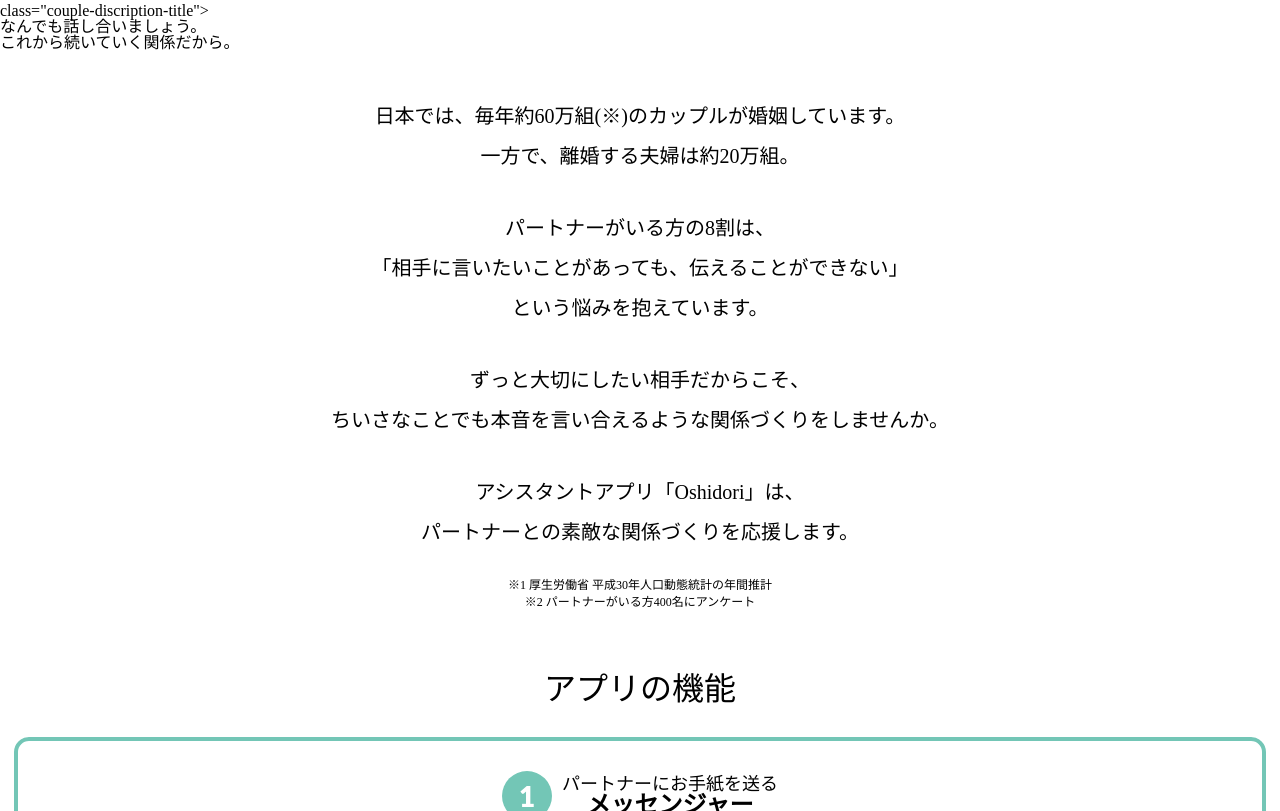
Repository: YamaTatsu10969/Oshidori_LP
Page: site /index.html
An editor plug-in stored every save of this project. The page is shown before and after the next save, followed by the edit.
The browser window is 1280 px wide. The pictures show the part of the page from y = 1040 to 1851 px (the page is 3783 px tall before and 3865 px after).
A picture or video elsewhere on the page could not be fetched, so the positions and the page height are approximate.

Above is the page before, as saved 2019-06-03 23:57:39.

### site /index.html
<!DOCTYPE html>
<html lang="ja">

<head>
  <meta charset="utf8" />
  <meta data-n-head="true" data-hid="viewport" name="viewport" content="width=device-width, initial-scale=1" />

  <!-- 外部CSS読み込み -->
  <link rel="stylesheet" type="text/css" href="oshidori.css" />
  <link rel="stylesheet" type="text/css" href="reset.css" />
  <title>Oshidori</title>
</head>

<body>
  <div class="header">
    <div class="subtitle">
      <p>パートナーとの関係作りを<br />お手伝いするアシスタントアプリ</p>
    </div>
    <p class="logo-margin">
      <img class="oshidori-logo"
        src="https://storage.googleapis.com/production-os-assets/assets/21e0bb87-2580-49c2-804b-8de92850c45f" />
    </p>
    <p class="image-margin">
      <img class="oshidori-image"
        src="https://storage.googleapis.com/production-os-assets/assets/466a9301-1526-4867-aaf0-63dd19518182" />
    </p>
    <p class="image-margin">
      <img class="appstore-logo"
        src="https://storage.googleapis.com/production-os-assets/assets/0e5cd2e5-9d30-45c1-a054-06c7d8aa53ff" />
    </p>
    <div class="other-site-link">
      <a target="_blank" class="link-title"
        href="https://github.com/YamaTatsu10969/Oshidori_Documents/blob/master/TermsService.md">利用規約</a>
      <a target="_blank" class="link-title"
        href="https://github.com/YamaTatsu10969/Oshidori_Documents/blob/master/privacy_policy.md">プライバシーポリシー</a>
    </div>
  </div>

  <div class="common-container">
    <div class="v-wrap">
      <div style="text-align:center;">
        <iframe width="560" height="315" src="https://www.youtube.com/embed/KwHTblznOkw" frameborder="0"
          allow="accelerometer; autoplay; encrypted-media; gyroscope; picture-in-picture" allowfullscreen></iframe>
      </div>
    </div>
    <div></div>
    class="couple-discription-title">
    <p>
      なんでも話し合いましょう。
    </p>
    <p>これから続いていく関係だから。</p>
  </div>
  <div class="couple-discription">
    <p>日本では、毎年約60万組(※)のカップルが婚姻しています。</p>
    <p>一方で、離婚する夫婦は約20万組。</p>
    <br /><br />
    <p>パートナーがいる方の8割は、</p>
    <p>「相手に言いたいことがあっても、伝えることができない」</p>
    <p>という悩みを抱えています。</p>
    <br /><br />
    <p>ずっと大切にしたい相手だからこそ、</p>
    <p>
      ちいさなことでも本音を言い合えるような関係づくりをしませんか。
    </p>
    <br /><br />
    <p>アシスタントアプリ「Oshidori」は、</p>
    <p>パートナーとの素敵な関係づくりを応援します。</p>
  </div>
  <div class="data-annotation">
    <p>
      ※1 厚生労働省 平成30年人口動態統計の年間推計
    </p>
    <p>
      ※2 パートナーがいる方400名にアンケート
    </p>
  </div>
  </div>

  <div class="common-container">
    <div class="category-title">アプリの機能</div>
    <div class="function-container">
      <div class="function-title-container">
        <div class="function-number-container">
          <div class="function-number-circle">
            <p class="function-number">1</p>
          </div>
        </div>
        <div class="function-title-box">
          <p class="function-sub-title">パートナーにお手紙を送る</p>
          <p class="function-main-title">メッセンジャー</p>
        </div>
      </div>
      <div class="function-second-container">
        <div class="discription-container">
          <p class="discription">
            キャラクター「おしどりちゃん」に、<br />パートナーに言いたいことを伝えましょう。<br /><br />日々の感謝も、<br />ごめんなさいも、<br />直接は言いにくいことも。<br /><br />おしどりちゃんがあなたに代わって<br />メッセージをお届けします。
          </p>
        </div>
        <div class="screenshot-container">
          <img class="screenshot"
            src="https://storage.googleapis.com/production-os-assets/assets/b4ccea48-72f2-408b-b13f-607bd91c3bba" />
        </div>
      </div>
    </div>
    <div class="function-container">
      <div class="function-title-container">
        <div class="function-number-container">
          <div class="function-number-circle">
            <p class="function-number">2</p>
          </div>
        </div>
        <div class="function-title-box">
          <p class="function-sub-title">みんなのお手紙が見れる</p>
          <p class="function-main-title">タイムライン</p>
        </div>
      </div>
      <div class="function-second-container">
        <div class="discription-container">
          <p class="discription">
            「みんなは、どんな風にパートナーと<br />コミュニケーションを取っているんだろう」
            <br /><br />アプリでは、他のひとがどんなことを日々<br />パートナーに伝えているのか<br />匿名のタイムラインを見ることができます。<br /><br />ありがとうのバリエーションを増やしたり、<br />パートナーへのお願いごとの参考にしたり。<br /><br />いいねの話する？どうしよ。
          </p>
        </div>
        <div class="screenshot-container">
          <img class="screenshot"
            src="https://storage.googleapis.com/production-os-assets/assets/b410fa60-d9aa-4390-a7ce-60d663a021e7" />
        </div>
      </div>
    </div>
  </div>

  <div class="common-container">
    <div class="couple-discription-title">
      <p>
        はじめよー！
      </p>
    </div>
    <div class="app-store-container">
      <img src="https://storage.googleapis.com/production-os-assets/assets/0e5cd2e5-9d30-45c1-a054-06c7d8aa53ff" />
    </div>
  </div>

  <div class="common-container">
    <div class="category-title">
      制作者紹介
    </div>
    <div class="developer-container">
      <div class="developer-profile">
        <div class="developer-avatar">
          竜也画像
        </div>
        <div class="developer-status">
          <div class="developer-name">
            <p>やまもとたつやくん</p>
          </div>
          <div class="developer-introduction">
            <p>たつたつ</p>
            <p>くまもんらぶらぶ</p>
            <p>ほるもんもすき</p>
            <a href="" target="_blank">twitter</a>
          </div>
        </div>
      </div>
      <div class="developer-profile">
        <div class="developer-avatar">
          夏紀画像
        </div>
        <div class="developer-status">
          <div class="developer-name">
            <p>なつきっち</p>
          </div>
          <div class="developer-introduction">
            <p>なっち</p>
            <p>デザインらぶらぶ</p>
            <p>つねにはらがへってる</p>
            <a href="" target="_blank">twitter</a>
          </div>
        </div>
      </div>
    </div>
  </div>

  <div class="common-container">
    <div class="contact">
      <a href="https://docs.google.com/forms/d/e/1FAIpQLSfXcNHokAxTD0NULtzhZmPiOJd5B9raDnU64j-R7sGFj4wL_A/viewform"
        target="_blank">
        お問い合わせフォーム
      </a>
    </div>
  </div>

  <div class="footer-container">
    <footer>
      <div class="footer-links">
        <a href="https://github.com/YamaTatsu10969/Oshidori_Documents/blob/master/TermsService.md" target="_blank">
          利用規約
        </a>
        <a href="https://github.com/YamaTatsu10969/Oshidori_Documents/blob/master/privacy_policy.md"
          target="_blank">プライバシーポリシー</a>
      </div>
    </footer>
  </div>
</body>

</html>

### site /oshidori.css
@charset "UTF-8";

.header > .subtitle > p {
  color: #ffffff;
  flex: none;
  font-family: Lato;
  font-size: 24px;
  font-weight: 400;
  height: 78px;
  line-height: 1.5;
  margin: 0px 0px 0px 0px;
  padding: 0px 0px 0px 0px;
  text-align: center;
  width: 100%;
  max-width: 100%;
  justify-content: center;
}

@media screen and (max-width: 750px) {
  .header > .subtitle > p {
    font-size: 24px;
    width: 100%;
    max-width: 100%;
  }
}

.header {
  align-content: center;
  align-items: center;
  background: #73c6b6;
  flex-direction: column;
  flex-wrap: nowrap;
  height: 700px;
  justify-content: center;
  width: 100%;
  max-width: 100%;
}

@media screen and (max-width: 750px) {
  .header {
    width: 100%;
    max-width: 100%;
  }
}

.logo-margin {
  margin: 20px;
}

.oshidori-logo {
  flex: none;
  height: auto;
  width: 353px;
  margin: auto;
  z-index: 0;
  pointer-events: all;
  flex-wrap: nowrap;
  -webkit-overflow-scrolling: touch;
  display: flex;
  position: relative;
  flex-direction: column;
  align-content: center;
  align-items: center;
  overflow: hidden;
}

@media screen and (max-width: 750px) {
  .oshidori-logo {
    max-width: 100%;
  }
}

.image-margin {
  padding: 15px 0px 15px 0px;
}

.oshidori-image {
  flex: none;
  height: auto;
  width: 200px;
  margin: auto;
  z-index: 0;
  pointer-events: all;
  flex-wrap: nowrap;
  -webkit-overflow-scrolling: touch;
  display: flex;
  position: relative;
  flex-direction: column;
  align-content: center;
  align-items: center;
  overflow: hidden;
}

@media screen and (max-width: 750px) {
  .oshidori-image {
    max-width: 100%;
  }
}

.appstore-logo {
  flex: none;
  height: auto;
  width: 160px;
  margin: auto;
  z-index: 0;
  pointer-events: all;
  flex-wrap: nowrap;
  -webkit-overflow-scrolling: touch;
  display: flex;
  position: relative;
  flex-direction: column;
  align-content: center;
  align-items: center;
  overflow: hidden;
}

@media screen and (max-width: 750px) {
  .appstore-logo {
    max-width: 100%;
  }
}

.other-site-link {
  z-index: 0;
  pointer-events: all;
  flex-wrap: nowrap;
  -webkit-overflow-scrolling: touch;
  display: flex;
  position: relative;
  flex-direction: column;
  align-content: center;
  align-items: center;
  overflow: hidden;
}

@media screen and (max-width: 768px) {
  .other-site-link {
    align-content: center;
    align-items: center;
    flex-direction: column;
    flex-wrap: nowrap;
    height: 73px;
    justify-content: center;
    margin: 0px 50px 0px 50px;
    width: calc(100% - 100px);
    max-width: calc(100% - 100px);
  }
}

.link-title {
  color: #ffffff;
  font-family: Lato;
  font-size: 16px;
  font-weight: 400;
  height: auto;
  margin: 0px 0px 6px 0px;
  padding: 0px 10px 0px 10px;
  text-align: center;
  width: auto;
  max-width: 100%;
  justify-content: center;
}

@media screen and (max-width: 750px) {
  .link-title {
    font-size: 14px;
    height: auto;
    margin: 0px 0px 6px 0px;
    max-width: 100%;
  }
}

/* なんでも話し合いましょう、のところ*/
.couple-discription-title {
  padding: 20px;
}

@media screen and (max-width: 750px) {
  .couple-discription-title {
    padding: 10px;
  }
}

div.couple-discription-title > p {
  line-height: 1.4;
  font-weight: 700;
  font-size: 32px;
  color: #73c6b6;
  text-align: center;
}

/* 480px以下、モバイル用。 */
@media screen and (max-width: 750px) {
  div.couple-discription-title > p {
    line-height: 1.4;
    font-weight: 700;
    font-size: 24px;
    color: #73c6b6;
    text-align: center;
  }
}

/* 説明のところ */
.couple-discription {
  padding: 20px 16px 20px 16px;
}

@media screen and (max-width: 750px) {
  .couple-discription {
    padding: 15px 10px 15px 10px;
  }
}

div.couple-discription > p {
  font-size: 20px;
  line-height: 2;
  text-align: center;
}

/* 480px以下、モバイル用。 */
@media screen and (max-width: 750px) {
  div.couple-discription > p {
    font-size: 14px;
    line-height: 1.8;
    text-align: center;
  }
}

/* アンケートの注意書き */
.data-annotation {
  padding: 5px 0px 5px 0px;
}

div.data-annotation > p {
  font-size: 12px;
  line-height: 1.4;
  text-align: center;
}

/* 480px以下、モバイル用。 */
@media screen and (max-width: 750px) {
  div.data-annotation > p {
    font-size: 9px;
    line-height: 1.2;
    text-align: center;
  }
}

/* アプリの機能すべて、なんでも〜、すべて */
.common-container {
  padding: 25px 0px 25px 0px;
  min-width: calc(100% - 300px);
}

/* 480px以下、モバイル用。 */
@media screen and (max-width: 750px) {
  .common-container {
    padding: 10px 0px 10px 0px;
    min-width: calc(100% - 100px);
  }
}

/* アプリの機能、とかのタイトル */
.category-title {
  font-size: 32px;
  text-align: center;
  margin: 32px 0px 32px 0px;
}

@media screen and (max-width: 750px) {
  .category-title {
    font-size: 20px;
    text-align: center;
    margin: 20px 0px 20px 0px;
  }
}

/*みどりわく*/
.function-container {
  align-content: center;
  border-bottom: solid 4px #73c6b6;
  border-left: solid 4px #73c6b6;
  border-right: solid 4px #73c6b6;
  border-top: solid 4px #73c6b6;
  border-radius: 15px;
  padding: 20px 20px 30px 20px;
  display: flex;
  flex-direction: column;
  align-items: center;
  margin: 0px 14px 20px 14px;
}

/* 機能のタイトル部分のコンテナ。 */
.function-title-container {
  display: flex;
  flex-direction: row;
  align-items: center;
  padding: 10px;
}
.function-title-box {
  display: flex;
  flex-direction: column;
  align-items: center;
  margin-left: 10px;
}

/* パートナーとのやりとり */
.function-sub-title {
  font-size: 18px;
}

/* 480px以下、モバイル用。 */
@media screen and (max-width: 750px) {
  .function-sub-title {
    font-size: 14px;
  }
}

/* メッセージ機能 */
.function-main-title {
  font-size: 24px;
  font-weight: 700;
}

/* 480px以下、モバイル用。 */
@media screen and (max-width: 750px) {
  .function-main-title {
    font-size: 18px;
    font-weight: 700;
  }
}

.function-number-container {
  align-content: center;
  align-items: center;
  background: #73c6b6;
  border-radius: 50%;
  flex: none;
  flex-direction: column;
  flex-wrap: nowrap;
  height: 50px;
  justify-content: center;
  width: 50px;
}

/* 480px以下、モバイル用。 */
@media screen and (max-width: 750px) {
  .function-number-container {
    align-content: center;
    align-items: center;
    background: #73c6b6;
    border-radius: 50%;
    flex: none;
    flex-direction: column;
    flex-wrap: nowrap;
    height: 30px;
    justify-content: center;
    width: 30px;
  }
}

/* 番号のところ */
.function-number-circle {
  height: 50px;
  width: 50px;
  border-radius: 50%;
  line-height: 50px;
  text-align: center;
}

/* 480px以下、モバイル用。 */
@media screen and (max-width: 750px) {
  .function-number-circle {
    height: 30px;
    width: 30px;
    border-radius: 50%;
    line-height: 30px;
    text-align: center;
  }
}

/* まるのなかの数字 */
.function-number {
  color: #ffffff;
  font-family: Lato;
  font-size: 28px;
  font-weight: 900;
  height: auto;
  text-align: center;
  width: auto;
  max-width: 100%;
  justify-content: center;
}

/* 480px以下、モバイル用。 */
@media screen and (max-width: 750px) {
  .function-number {
    color: #ffffff;
    font-family: Lato;
    font-size: 12px;
    font-weight: 700;
    height: auto;
    text-align: center;
    width: auto;
    max-width: 100%;
    justify-content: center;
  }
}

/* 機能の説明と画像のcontainer */
/* スマホ用 */
.function-second-container {
  display: flex;
  flex-direction: column-reverse; /*縦*/
  align-items: center;
  padding: 10px 0px 10px 0px;
  flex-wrap: nowrap;
  justify-content: space-between;
}

/* 480px以上はPC用レイアウト */
@media screen and (min-width: 750px) {
  /* むむ、これだけminになっちゃっとる…*/
  .function-second-container {
    display: flex;
    flex-direction: row; /* 横 */
    align-items: center;
    padding: 20px 0px 30px 0px;
    justify-content: space-between;
  }
}

/* アプリの細かい説明のところ、pタグ */
.discription {
  font-size: 20px;
  line-height: 1.8;
}

/* 480px以下、モバイル用。 */
@media screen and (max-width: 750px) {
  .discription {
    font-size: 14px;
    text-align: center;
    margin-top: 10px;
    margin-bottom: 10px;
  }
}

.screenshot-container {
  display: flex;
  align-items: center;
  justify-content: center;
  max-width: calc(100% - 50px);
  width: 315px;
  margin: 10px 0px 10px 0px;
}

/* 480px以下、モバイル用。 */
@media screen and (max-width: 750px) {
  .screenshot-container {
    display: flex;
    align-items: center;
    justify-content: center;
    max-width: calc(100% - 20px);
    width: 150px;
    margin: 10px 0px 10px 0px;
  }
}

.screenshot {
  border: solid 1px #434645;
  border-radius: 5px;
  height: auto;
  width: 222px;
  max-width: 100%;
}

/* appstoreのボタン */
.app-store-container {
  text-align: center;
  /* ここから！ */
}

div.app-store-container > img {
  height: auto;
  width: 205px;
  max-width: 100%;
}

/*制作者のところの緑枠*/
.developer-container {
  align-content: center;
  border-bottom: solid 4px #73c6b6;
  border-left: solid 4px #73c6b6;
  border-right: solid 4px #73c6b6;
  border-top: solid 4px #73c6b6;
  border-radius: 15px;
  padding: 20px 20px 30px 20px;
  display: flex;
  flex-direction: row;
  align-items: center;
  justify-content: space-around;
  margin: 0px 14px 20px 14px;
}

/* 480px以下、モバイル用。 */
@media screen and (max-width: 520px) {
  .developer-container {
    align-content: center;
    border-bottom: solid 4px #73c6b6;
    border-left: solid 4px #73c6b6;
    border-right: solid 4px #73c6b6;
    border-top: solid 4px #73c6b6;
    border-radius: 15px;
    padding: 20px 20px 30px 20px;
    display: flex;
    flex-direction: column;
    align-items: center;
    justify-content: space-around;
    margin: 0px 14px 20px 14px;
  }
}

.developer-profile {
  display: flex;
  flex-direction: row;
  align-items: center;
}

/* 750px以下、モバイル用。 */
@media screen and (max-width: 520px) {
  .developer-profile {
    display: flex;
    flex-direction: row;
    align-items: center;
    margin: 10px 0px 10px 0px;
    width: 80%;
  }
}

/* 顔写真のとこ */
.developer-avatar {
  align-content: center;
  align-items: center;
  background: #73c6b6;
  border-radius: 50%;
  flex: none;
  flex-direction: column;
  flex-wrap: nowrap;
  height: 70px;
  justify-content: center;
  width: 70px;
  margin: 10px;
}

.developer-status {
  padding-left: 10%;
}

div.developer-name > p {
  font-size: 16px;
  font-weight: 700;
  padding: 5px 0px 5px 0px;
}

div.developer-introduction > p {
  font-size: 12px;
  line-height: 1.8;
}

div.developer-introduction > a {
  font-size: 12px;
}

.contact {
  display: flex;
  justify-content: center;
  padding: 20px 0px 40px 0px;
}

div.contact > a {
  font-size: 14px;
}

.footer-container {
  min-height: 14vh;
  position: relative; /*←相対位置*/
  padding-bottom: 6px; /*←footerの高さ*/
  box-sizing: border-box; /*←全て含めてmin-height:100vhに*/
  background-color: #73c6b6;
}

footer {
  width: 100%;
  background-color: #89c7de;
  text-align: center;
  padding: 30px 0;
  position: absolute; /*←絶対位置*/
  top: 5.5vh; /* 下に固定 */
}

div.footer-links > a {
  font-size: 14px;
}

/* 480px以下、モバイル用。 */
@media screen and (max-width: 750px) {
  div.footer-links > a {
    font-size: 12px;
  }
}

/* したはいらない */

.function-description {
  flex-direction: column;
}
.function-description-text {
  align-content: center;
}

blockquote {
  background: #ffe5e5;
  font-size: 12px;
}

### site /reset.css
@charset "UTF-8";

html,
body,
div,
span,
object,
iframe,
h1,
h2,
h3,
h4,
h5,
h6,
p,
blockquote,
pre,
abbr,
address,
cite,
code,
del,
dfn,
em,
ins,
kbd,
q,
samp,
small,
strong,
sub,
sup,
var,
b,
i,
dl,
dt,
dd,
ol,
ul,
li,
fieldset,
form,
label,
legend,
table,
caption,
tbody,
tfoot,
thead,
tr,
th,
td,
article,
aside,
canvas,
details,
figcaption,
figure,
footer,
header,
hgroup,
menu,
nav,
section,
summary,
time,
mark,
audio,
video {
  margin: 0;
  padding: 0;
  border: 0;
  outline: 0;
  font-size: 100%;
  vertical-align: baseline;
  background: transparent;
  font-weight: normal;
}

img {
  margin: 0;
  padding: 0;
  border: 0;
  outline: 0;
  font-size: 100%;
  vertical-align: bottom;
  background: transparent;
}

/* HTML5 display-role reset for older browsers */
article,
aside,
details,
figcaption,
figure,
footer,
header,
hgroup,
menu,
nav,
section {
  display: block;
}

body {
  line-height: 1;
}

ol,
ul {
  list-style: none;
}

blockquote,
q {
  quotes: none;
}

blockquote:before,
blockquote:after,
q:before,
q:after {
  content: "";
  content: none;
}

table {
  border-collapse: collapse;
  border-spacing: 0;
}

ol,
ul {
  list-style: none;
}

blockquote,
q {
  quotes: none;
}

a {
  margin: 0;
  padding: 0;
  font-size: 100%;
  vertical-align: baseline;
  background: transparent;
  text-decoration: none;
}

ins {
  background-color: #ff9;
  color: #000;
  text-decoration: none;
}

.clearfix:after {
  content: ".";
  display: block;
  height: 0;
  clear: both;
  visibility: hidden;
}

.clearfix {
  display: inline-table;
  min-height: 1%;
}

.clear {
  clear: both;
}

After the next save:
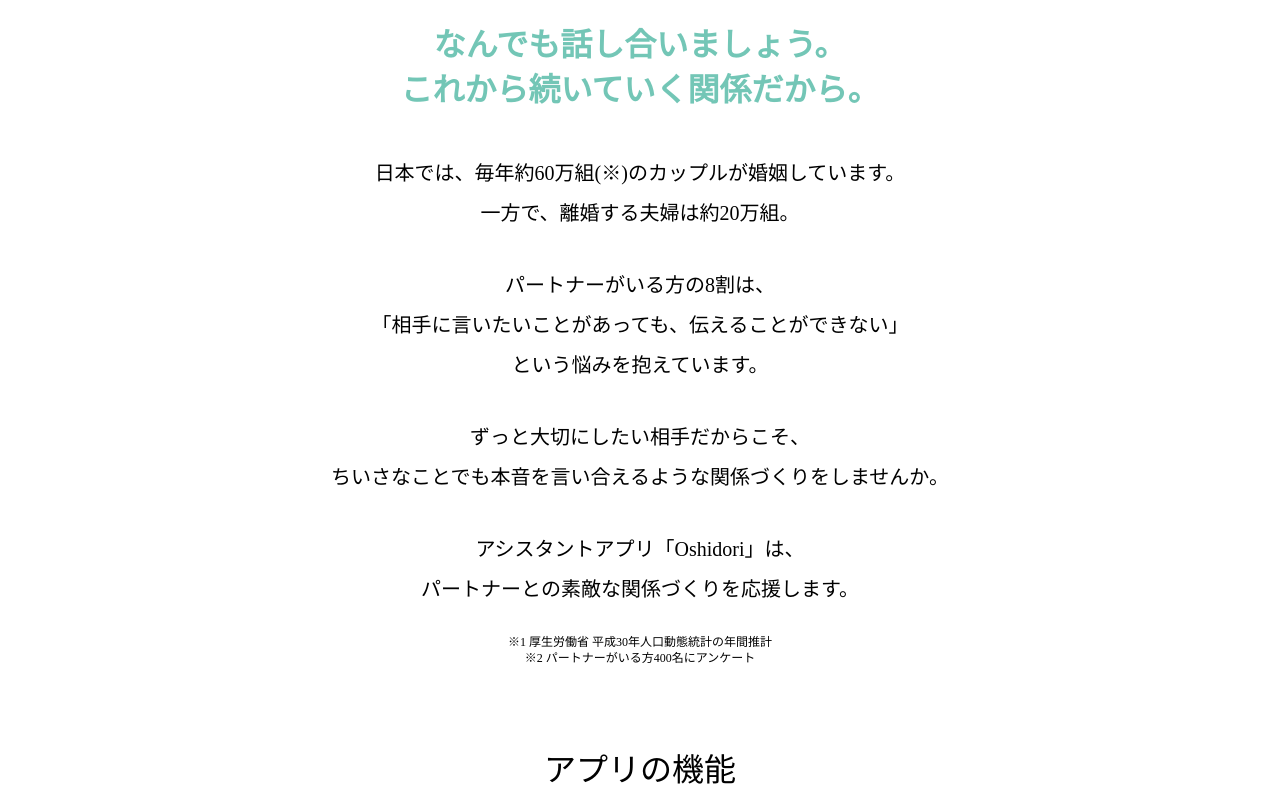
Saved 5 s later.
--- a/site /index.html
+++ b/site /index.html
@@ -43,37 +43,36 @@
           allow="accelerometer; autoplay; encrypted-media; gyroscope; picture-in-picture" allowfullscreen></iframe>
       </div>
     </div>
-    <div></div>
-    class="couple-discription-title">
-    <p>
-      なんでも話し合いましょう。
-    </p>
-    <p>これから続いていく関係だから。</p>
-  </div>
-  <div class="couple-discription">
-    <p>日本では、毎年約60万組(※)のカップルが婚姻しています。</p>
-    <p>一方で、離婚する夫婦は約20万組。</p>
-    <br /><br />
-    <p>パートナーがいる方の8割は、</p>
-    <p>「相手に言いたいことがあっても、伝えることができない」</p>
-    <p>という悩みを抱えています。</p>
-    <br /><br />
-    <p>ずっと大切にしたい相手だからこそ、</p>
-    <p>
-      ちいさなことでも本音を言い合えるような関係づくりをしませんか。
-    </p>
-    <br /><br />
-    <p>アシスタントアプリ「Oshidori」は、</p>
-    <p>パートナーとの素敵な関係づくりを応援します。</p>
-  </div>
-  <div class="data-annotation">
-    <p>
-      ※1 厚生労働省 平成30年人口動態統計の年間推計
-    </p>
-    <p>
-      ※2 パートナーがいる方400名にアンケート
-    </p>
-  </div>
+    <div class="couple-discription-title">
+      <p>
+        なんでも話し合いましょう。
+      </p>
+      <p>これから続いていく関係だから。</p>
+    </div>
+    <div class="couple-discription">
+      <p>日本では、毎年約60万組(※)のカップルが婚姻しています。</p>
+      <p>一方で、離婚する夫婦は約20万組。</p>
+      <br /><br />
+      <p>パートナーがいる方の8割は、</p>
+      <p>「相手に言いたいことがあっても、伝えることができない」</p>
+      <p>という悩みを抱えています。</p>
+      <br /><br />
+      <p>ずっと大切にしたい相手だからこそ、</p>
+      <p>
+        ちいさなことでも本音を言い合えるような関係づくりをしませんか。
+      </p>
+      <br /><br />
+      <p>アシスタントアプリ「Oshidori」は、</p>
+      <p>パートナーとの素敵な関係づくりを応援します。</p>
+    </div>
+    <div class="data-annotation">
+      <p>
+        ※1 厚生労働省 平成30年人口動態統計の年間推計
+      </p>
+      <p>
+        ※2 パートナーがいる方400名にアンケート
+      </p>
+    </div>
   </div>
 
   <div class="common-container">
